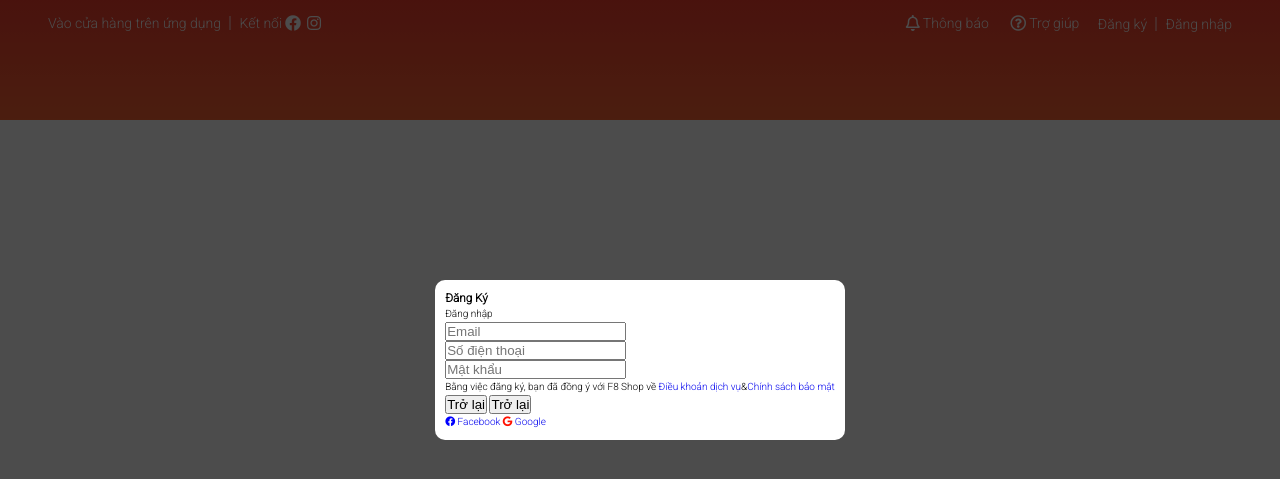
Repository: kebinh1235/Shopee-Demo
Page: index.html
The author's editor kept a copy of each file at every save. The page is drawn from the files as they stood at one save, then again after the next save.
The browser window is 1280 px wide. The pictures show the whole page.

Above is the page before, as saved 2021-10-01 22:15:29.

After the next save:
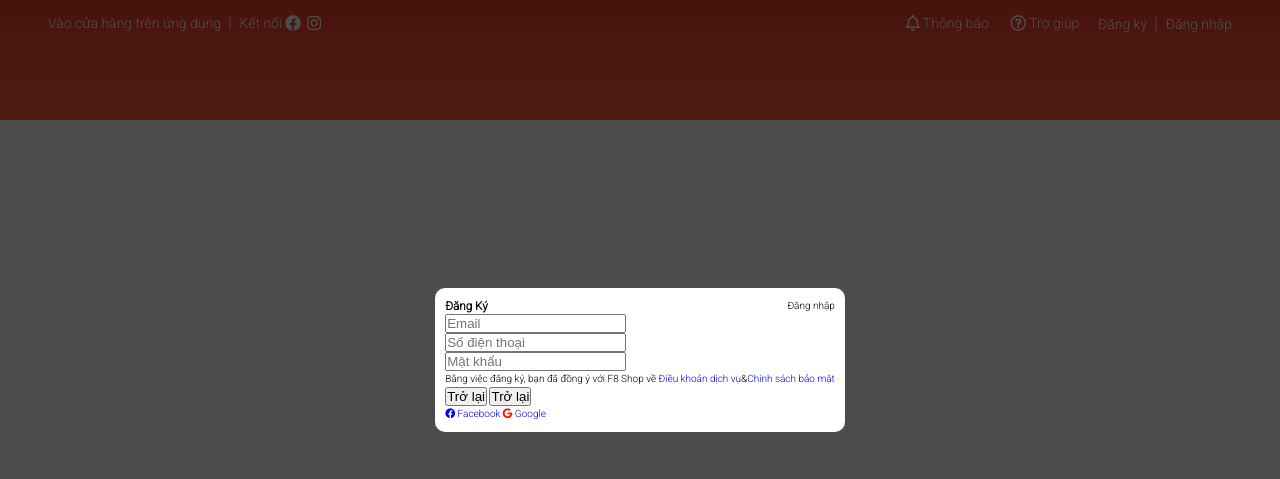
Saved 21 s later.
--- a/asset/css/main.css
+++ b/asset/css/main.css
@@ -227,7 +227,9 @@
 
 }
 .auth__form-header{
-
+  display: flex;
+  justify-content: space-between;
+  align-items: center;
 }
 .auth__form-heading{
 
